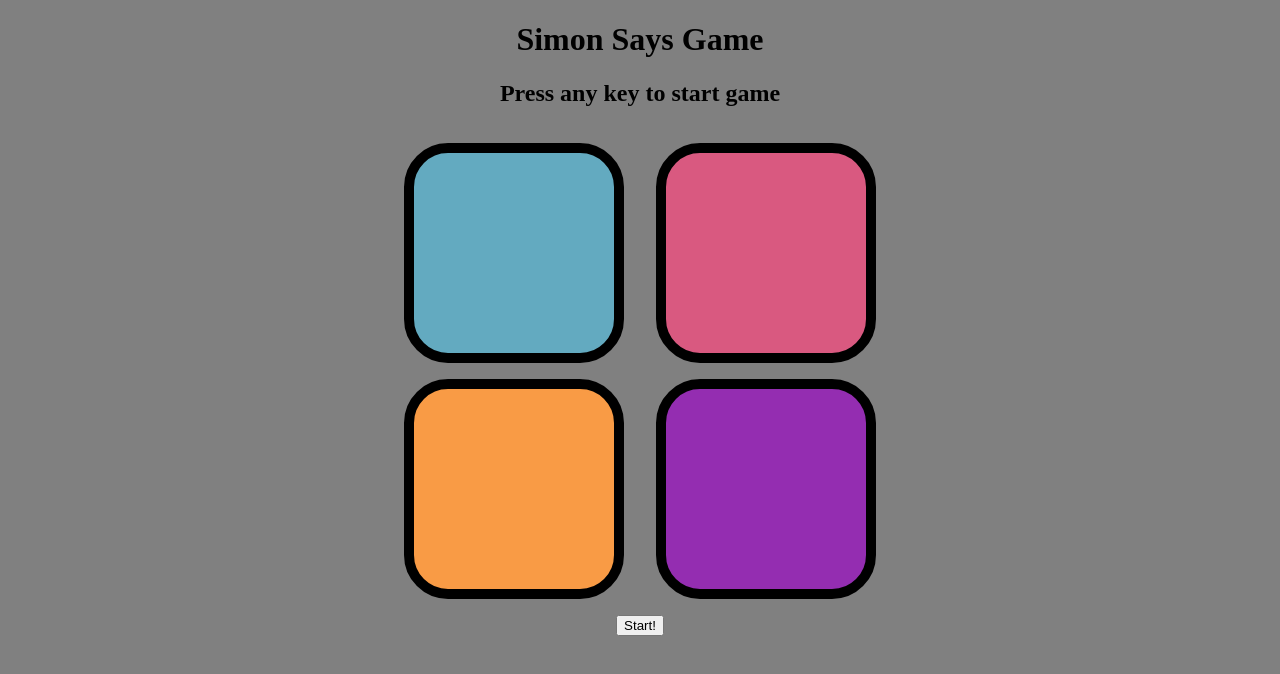
Repository: Ruchii02/javascript-mini-project
Page: index.html
The author's editor kept a copy of each file at every save. The page is drawn from the files as they stood at one save, then again after the next save.
The browser window is 1280 px wide. The pictures show the whole page.

Above is the page before, as saved 2024-07-02 11:43:28.

### index.html
<!DOCTYPE html>
<html lang="en">
<head>
    <meta charset="UTF-8">
    <meta name="viewport" content="width=device-width, initial-scale=1.0">
    <title>Document</title>
    <link rel="stylesheet" href="style.css">
</head>
<body>
   <h1>Simon Says Game</h1>
   <h2>Press any key to start game</h2>
   <div class="btn-container">
    <div class="fline">
        <div class="btn green" type="button" id="green"></div>
        <div class="btn yellow" type="button" id="yellow"></div>
    </div>
    <div class="sline">
        <div class="btn red" type="button" id="red"></div>
        <div class="btn blue" type="button" id="blue"></div>
    </div>
   </div>
   <button class="sbtn">Start!</button>
   <script src="app.js"></script>
</body>
</html>

### style.css
body{
    text-align: center;
    background-color:gray;
}
.btn{
    height: 200px;
    width: 200px;
    border-radius: 20%;
    border: 10px solid black;
    margin: 1rem;

}
.btn-container{
    display: flex;
    justify-content: center;

}
.yellow{
    background-color:#f99b45;
}
.red{
    background-color:#d95980;
}
.green{
    background-color:#63aac0;
}
.blue{
    background-color:#942db1;
}
.flash{
    background-color: white;
}
.userFlash{
    background-color: rgb(107, 209, 107);
}

### app.js
let gameSeq=[];
let userSeq=[];
 let start = false;
 let level=0;
let btns =["yellow","green","red" , "blue"];
let h2= document.querySelector("h2");

 document.addEventListener("keypress" , function(){
   if(start==false){
    console.log("game started");
    start = true;

     levelup();
   }
 });

 function btnFlash(btn){
    btn.classList.add("flash");
    //let f = document.querySelector(".flash");
    //f.background-color(white);
    setTimeout(function() {
      btn.classList.remove("flash");

    } , 250);
 }
 function userFlash(btn){
  btn.classList.add("userFlash");
  setTimeout(function() {
    btn.classList.remove("userFlash");

  } , 250);
}

 function levelup(){
  userSeq = [];
    level++;
    h2.innerText=`Level ${level}`;
     let ranInd = Math.floor(Math.random()*3);
     let ranCol= btns[ranInd];
     let ranBtn = document.querySelector(`.${ranCol}`);
     gameSeq.push(ranCol);
     btnFlash(ranBtn);
    }

    function checkAns( idx ){
      if(userSeq[idx] === gameSeq[idx]){
       if(userSeq.length == gameSeq.length){
       setTimeout(levelup,1000);
       }
      }else{
        h2.innerText   = `Game Over!<br> Your score was :<b> ${level}</b> <br>Press any key to start`;
        document.querySelector("body").style.backgroundColor = "red";
        setTimeout(function(){
          document.querySelector("body").style.backgroundColor = "gray";
        } , 150)
        reset()
      }


    }

    function btnPress (){
      let btn = this;
      userFlash(btn);
      //console.log("btn was pressed");

      userColor = btn.getAttribute("id");
      userSeq.push(userColor);

      checkAns(userSeq.length-1);

    }

    let allBtns = document.querySelectorAll(".btn");
    for(btn of allBtns){
      btn.addEventListener("click" , btnPress);
    }

    function reset(){
      start = false ;
      gameSeq = [];
      userSeq = [];
      level = 0;
    }

After the next save:
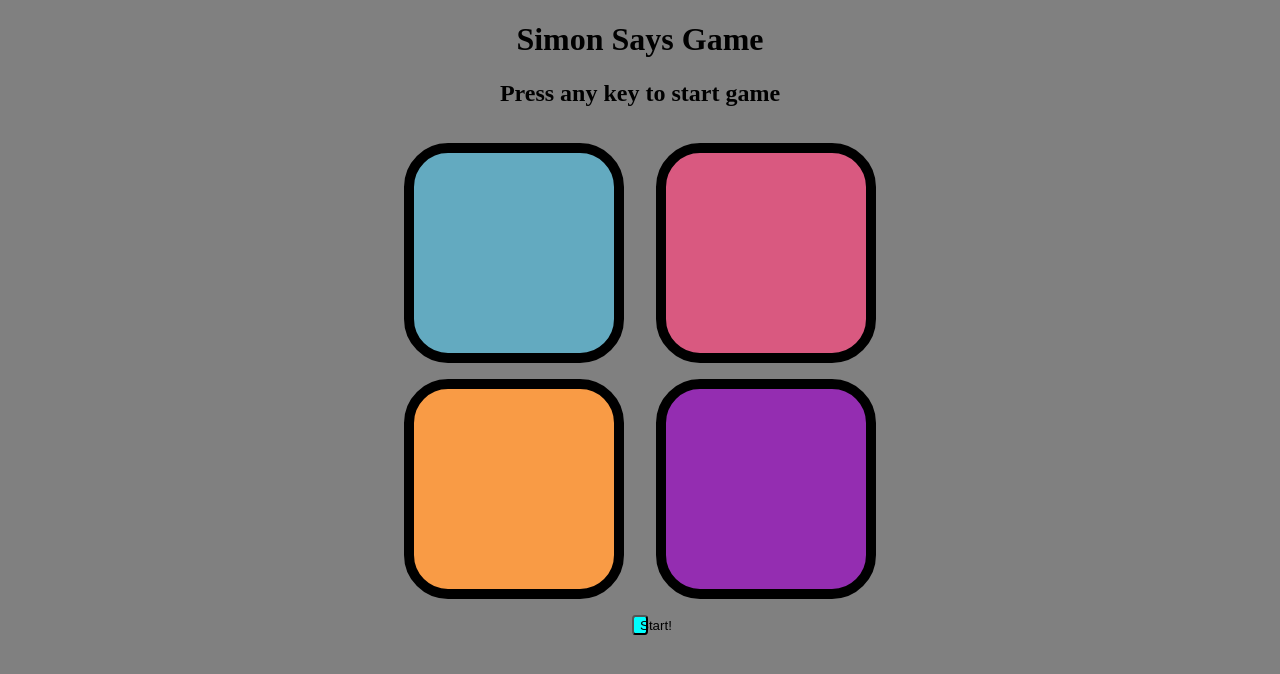
Saved 80 s later.
--- a/style.css
+++ b/style.css
@@ -9,6 +9,12 @@ body{
     border: 10px solid black;
     margin: 1rem;
 
+}
+.sbtn{
+    height: 20px;
+    width: 10px;
+    border-radius:20%;
+    background-color: aqua;
 }
 .btn-container{
     display: flex;
